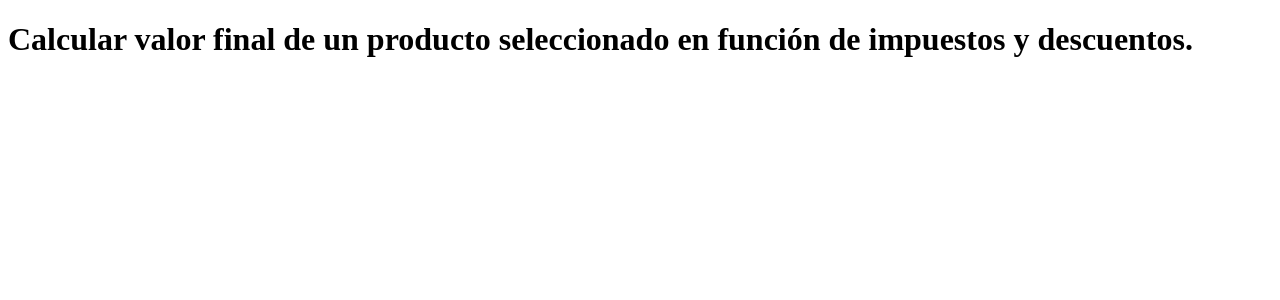
Repository: gadiazsaavedra/SimuladorInteractivo
Page: index.html
These files come from the project's save history. The page is drawn as it stood at one moment and after a run of saves; the edit follows.
The browser window is 1280 px wide. The pictures show the whole page.

Above is the page before, as saved 2022-02-28 11:32:10.

### index.html
<!DOCTYPE html>
<html lang="en">
<head>
    <meta charset="UTF-8">
    <meta http-equiv="X-UA-Compatible" content="IE=edge">
    <meta name="viewport" content="width=device-width, initial-scale=1.0">
    <title>Calculador</title>
</head>
<body>
    <h1>Calcular valor final de un producto seleccionado en función de impuestos y descuentos.</h1>
</body>
</html>

After the next 4 saves:
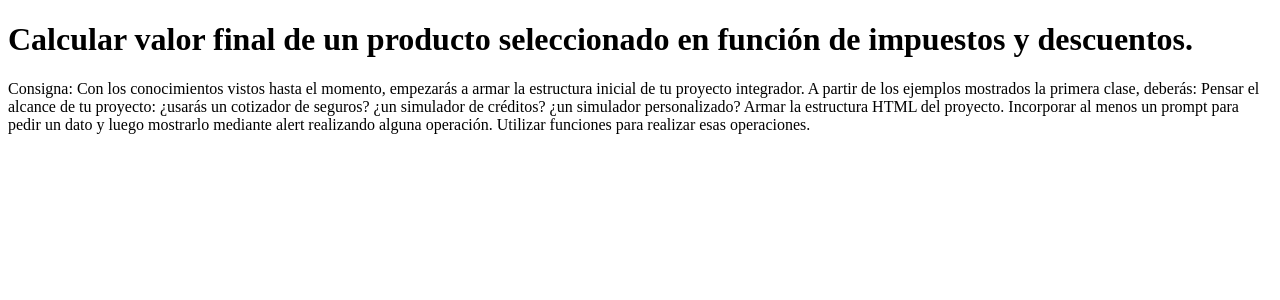
The 4 saves are shown as one change because they came seconds apart.
The last was saved 49 s later.
--- a/index.html
+++ b/index.html
@@ -8,5 +8,11 @@
 </head>
 <body>
     <h1>Calcular valor final de un producto seleccionado en función de impuestos y descuentos.</h1>
+    <p>Consigna: Con los conocimientos vistos hasta el momento, empezarás a armar la estructura inicial de tu proyecto integrador. A partir de los ejemplos mostrados la primera clase, deberás:
+        Pensar el alcance de tu proyecto: ¿usarás un cotizador de seguros? ¿un simulador de créditos? ¿un simulador personalizado?
+        Armar la estructura HTML del proyecto.
+        Incorporar al menos un prompt para pedir un dato y luego mostrarlo mediante alert realizando alguna operación.
+        Utilizar funciones para realizar esas operaciones.
+        </p>
 </body>
 </html>
